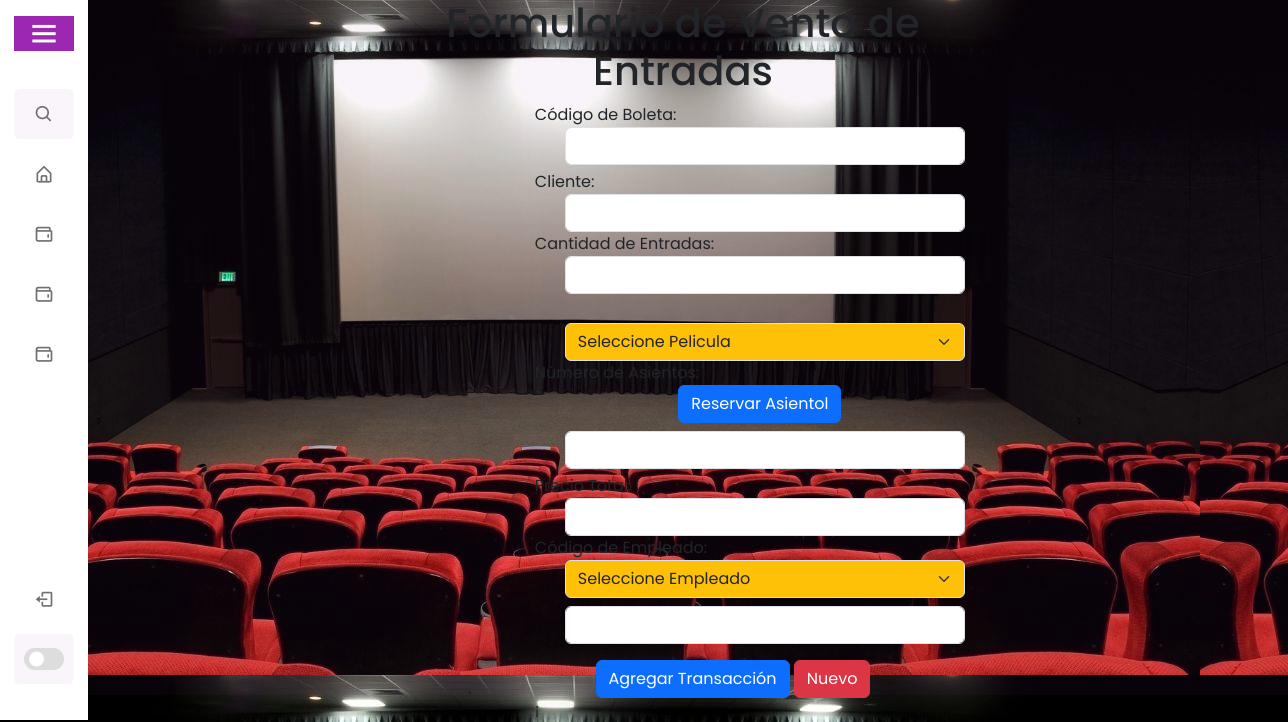
Repository: JersonRLP/ProyectoWebJSP
Page: http://localhost/CineHome/FrmRegistrarBoleta.jsp
The author's editor kept a copy of each file at every save. The page is drawn from the files as they stood at one save, then again after the next save.
The browser window is 1280 px wide. The page is 1288 px wide, so the pictures cover 1288 px, including what lies to the right of the window. The pictures show the whole page.
The page is served by Tomcat 9. Other server files are loaded and not shown. The template is opened directly, without the code that normally fills it, so the values that code supplies are empty.

Above is the page before, as saved 2024-10-31 16:21:46.

### CineHome/WebContent/FrmRegistrarBoleta.jsp
<%@ include file="MenuPrincipal.jsp" %>
<%@ page language="java" contentType="text/html; charset=UTF-8"
    pageEncoding="UTF-8"%>
<%@taglib uri="http://java.sun.com/jsp/jstl/core"  prefix="c"%>
<!DOCTYPE html PUBLIC "-//W3C//DTD HTML 4.01 Transitional//EN" "http://www.w3.org/TR/html4/loose.dtd">
<html>
<head>
<meta http-equiv="Content-Type" content="text/html; charset=UTF-8">
<title>Insert title here</title>
<!-- para bootstrap 5 -->
	<link href="https://cdn.jsdelivr.net/npm/bootstrap@5.3.2/dist/css/bootstrap.min.css" rel="stylesheet">
    <script src="https://cdn.jsdelivr.net/npm/bootstrap@5.3.2/dist/js/bootstrap.bundle.min.js"></script>
    <script src="https://cdn.jsdelivr.net/npm/@popperjs/core@2.11.8/dist/umd/popper.min.js"></script>
    <script src="https://cdn.jsdelivr.net/npm/bootstrap@5.3.2/dist/js/bootstrap.min.js"></script>

    <script src="https://code.jquery.com/jquery-3.7.1.min.js"></script>

</head>

<body >
<section class="home" id="content">
  <div class="container" style ="width:43%; ">
    <h1 class="text-center mt-4">Formulario de Venta de Entradas</h1>
    <form action="ControladorBoleta" method="post" style="margin-left:100px;">
      <div class="row">
        <div class="form-group col-md-6" >
         <label for="codboleta">Código de Boleta:</label>
			<input type="text" class="form-control" id="codboleta" name="codboleta" value="${nuevoCodigoBoleta}" readonly required style="width:400px; margin-left:30px;">

        </div>

        <div class="form-group col-md-6">
          <label for="cliente">Cliente:</label>
          <input type="text" class="form-control" id="cliente" name="cliente" required	style="width:400px; margin-left:30px;">
        </div>
      </div>

      <div class="row">
        <div class="form-group col-md-6">
          <label for="cantentra">Cantidad de Entradas:</label>
          <input type="number" class="form-control" id="cantentra" name="cantentra" readonly required style="width:400px; margin-left:30px;">
        </div>

        <div class="form-group col-md-6 mt-4">

          <select name="idpelicula" class="form-select bg-warning" style="width:400px; margin-left:30px;">
			<option value="zz">Seleccione Pelicula</option>
			<c:forEach var="peli" items="${ListadoPeliculas}">
			<option value='<c:out value="${peli.idpelicula}"></c:out>'>
			<c:out value="${peli.nompelicula}"></c:out></option>
			</c:forEach>

			</select>
			<input type="hidden" name="nombrePelicula" value="">

        </div>
      </div>

      <div class="row">
        <div class="form-group col-md-6">
          <label for="nroasientos">Número de Asientos:</label>
          <div class="text-center" style="width: 450px;"><button type="button" class="btn btn-primary btnModal mb-2"   >Reservar Asientol</button></div>
          <input type="text" class="form-control" id="nroasientos" name="nroasientos" readonly required style="width:400px; margin-left:30px;">
        </div>

        <div class="form-group col-md-6">
          <label for="preciotot">Precio Total:</label>
          <input type="number" class="form-control" id="preciotot" name="preciotot" required style="width:400px; margin-left:30px;">
        </div>
      </div>

      <div class="form-group col-md-6">
        <label for="codigoemp">Código de Empleado:</label>

         <select name="codigoemp" class="form-select bg-warning" id="codigoemp" required style="width:400px; margin-left:30px;">
			<option value="zz">Seleccione Empleado</option>
			<c:forEach var="emp" items="${ListadoEmpleados}">
			<option value='<c:out value="${emp.codigoemp}"></c:out>'>
			<c:out value="${emp.nomemp}"></c:out></option>
			</c:forEach>

			</select>
      </div>
      <div class= "mt-2" style="width :200px;">
      <input type="text" class="form-control" name ="idemp" readonly style="width:400px; margin-left:30px;">
      </div>
	<div class="text-center	">

      <button type="submit" class="btn btn-primary mt-3">Agregar Transacción</button>
      <a href="ControladorPelicula?action=ListadoPelicula" class="btn btn-danger mt-3">Nuevo</a>


    </div>

<div class="modal fade" id="eliminarModal" tabindex="-1" aria-labelledby="eliminarModalLabel" aria-hidden="true">
    <div class="modal-dialog modal-lg">
        <div class="modal-content custom-modal" >
            <div class="modal-header" >
                <link rel="stylesheet" href="Estilos/cine.css">
                <script src="js/cine.js"></script>
                <button type="button" class="btn-close" data-bs-dismiss="modal" aria-label="Close"></button>
            </div>
            <div class="cinema-container" id="cinema-container" >
                <!-- Filas y asientos se generarán dinámicamente aquí -->
            </div>

            <div id="selected-seat-info" class="custom-seat-info"></div>

            <div>
                <button id="reserve-button" onclick="showReservedSeats()" class="custom-reserve-button">Mostrar Asientos Reservados</button>
            </div>
        </div>
    </div>
</div>
<style>
.custom-modal {
    background-image: url('imagenes/fondocine.jpg');
    display: flex;
    align-items: center;
    justify-content: center;
    flex-direction: column;
    height: 100vh;
}

.custom-seat-info {
    margin-top: 20px;
    color: white;
}

.custom-reserve-button {
    margin-top: 20px;
    padding: 10px;
    font-size: 16px;
    cursor: pointer;
}
.seat {
    width: 40px; /* Ajusta el ancho según sea necesario */
    height: 40px; /* Ajusta la altura según sea necesario */
    background-color: #bdc3c7;
    cursor: pointer;
    border-radius: 5px;
    margin: 5px; /* Agregamos un pequeño margen entre los asientos para mejorar la apariencia */
    display: flex;
    align-items: center;
    justify-content: center;
    font-size: 12px; /* Ajusta el tamaño de la letra según sea necesario */
    font-weight: bold;
    transition: background-color 0.3s ease;
}

.row {
    display: flex;
    gap: 5px; /* Reducimos el espacio entre los asientos para mejorar la apariencia */
}

</style>


    <script>
		$(document).ready(function(){
			$('.btnModal').on('click',function(){
				$('#eliminarModal').modal('show');

				//console.log(data);

			})
		});




	</script>


¡
<script>
  function ObtenerCodigoSelect() {
    var select = document.getElementsByName("codigoemp")[0];
    var hiddenInput = document.getElementsByName("idemp")[0];

    var selectedOption = select.options[select.selectedIndex];
    if (selectedOption.value !== "zz") {
      hiddenInput.value = selectedOption.value; // Cambiado a selectedOption.value
    } else {
      hiddenInput.value = "";
    }
  }

  // Asociar el evento "change" del select con la función de actualización
  document.getElementsByName("codigoemp")[0].addEventListener("change", ObtenerCodigoSelect);
</script>



    <script>

function actualizarNombrePelicula() {
  var select = document.getElementsByName("idpelicula")[0];
  var hiddenInput = document.getElementsByName("nombrePelicula")[0];

  var selectedOption = select.options[select.selectedIndex];
  if (selectedOption.value !== "zz") {
    hiddenInput.value = selectedOption.innerText;
  } else {
    hiddenInput.value = "";
  }
}

// Asociar el evento "change" del select con la función de actualización
document.getElementsByName("idpelicula")[0].addEventListener("change", actualizarNombrePelicula);
</script>

    </form>
  </div>
  </section>
</body>
</html>

### CineHome/WebContent/MenuPrincipal.jsp
<%@ page language="java" contentType="text/html; charset=UTF-8"
    pageEncoding="UTF-8"%>
<!DOCTYPE html>
<html>
<head>
<meta http-equiv="Content-Type" content="text/html; charset=ISO-8859-1">
<title>Cine Home</title>

<link rel="stylesheet" href="Estilos/EstilosMenu.css">
<link href='https://unpkg.com/boxicons@2.1.4/css/boxicons.min.css' rel='stylesheet'>

</head>

<body>

<nav class="sidebar close">

<header>

<div class="text logo">

<span class="name">MENU</span>


</div>
<i class="bx bx-menu toggle"></i>


</header>


<div class="menu-bar">

<div class="menu">

	<li class="search-box">
	<i class="bx bx-search icon"></i>
	<input type="text" placeholder="Buscar...">

	</li>

	<ul class="menu-links">
		<li class="nav">
		<a href="ControladorPelicula?action=ListadoPelicula">
			<i class="bx bx-home-alt icon"></i>
			<span class="text nav-text">Venta de Entrada</span>
		</a>
		</li>
		<li >
		<a href="ControladorPelicula?action=Listar" class="nav">
			<i class="bx bx-wallet icon"></i>
			<span class="text nav-text">Peliculas</span>
		</a>
		</li>
		<li>
		<a href="ControladorDetalleBoleta?accion=Listado">
			<i class="bx bx-wallet icon"></i>
			<span class="text nav-text">Reportes</span>
		</a>
		</li>
		<li class="nav">

		<a href="#" id="mantenimiento-link" onclick="toggleSubMenu()">
			<i class="bx bx-wallet icon"></i>
			<span class="text nav-text">Mantenimiento</span>
			<i class='bx bx-chevron-down arrow'></i>
		</a>


		<ul class="sub-menu" id="sub-menu">
		<li class="nav"><a href="ControladorEmpleado?accion=NuevoEmp" class="menu-link">
			<span class="text nav-text">Empleados</span>
		</a>
		</li>
		<li class="nav"><a href="ControladorUsuario?accion=Listado" class="menu-link">
		<span class="text nav-text">Login</span>
		</a>
		</li>
		<li class="nav"><a href="FrmRegistrarPelicula.jsp"  class="menu-link">
		<span class="text nav-text">Peliculas</span>
		</a>
		</li>
		</ul >

		</li>
	</ul>

</div>

<div class="botton-content">
<li class="">
<a href="#">
	<i class="bx bx-log-out icon"></i>
	<span class="text nav-text">Salir</span>
</a>
</li>

<li class="mode">
	<div class="sun-moon">
	<i class="bx bx-moon icon"></i>
	<i class="bx bx-sun icon"></i>
	</div>
	<span class="mode-text text">Modo Oscuro</span>
	<div class="toggle-switch">
	<span class="switch"></span>
	</div>
</li>

</div>


</div>



</nav>

<script src="js/codigo.js"></script>


</body>

</html>

### CineHome/WebContent/Estilos/EstilosMenu.css
@import url('https://fonts.googleapis.com/css2?family=Poppins:wght@300;400;500;600;700&display=swap');
*{
	margin:0;
	padding:0;
	box-sizing: border-box;

	font-family: 'Poppins', sans-serif;

}

:root{
	--body-color:#9B27B00D;
	--sidebar-color:#FFFFFF;
	--primary-color:#9C27B0;
	--primary-color-light:#9B27B00D;
	--toggle-color:#DDDDDD;
	--text-color:#707070;

	--tran-03:all 0.2s ease;
	--tran-04:all 0.3s ease;
	--tran-05:all 0.4s ease;
}

body{
	min-height:100vh;
	background-color:var(--body-color);
	transition:var(--tran-05);

}

::selection{
	background-color:var(--primary-color);
	color: #FFFFFF;
}
body.dark{
	--body-color:#18191A;
	--sidebar-color:#242526;
	--primary-color-light:#3A3B3C;
	--toggle-color:#FFFFFF;
	--text-color:#CCCCCC;

}

.sidebar {
	position: fixed;
	top:0;
	left:0;
	height:100%;
	width: 250px;
	padding: 10px 14px;
	background:var(--sidebar-color);
	transition:var(--tran-05);
	z-index:100;
}

.sidebar.close{
	width:88px;
}

.sidebar li{
	height:50px;
	list-style: none;
	display: flex;
	align-items:center;
	margin-top:10px;

}


.sidebar header .image,
.sidebar .icon{
	min-width:60px;
	border-radius:6px;

}

.sidebar .icon{
	min-width:60px;
	border-radius:6px;
	height:100%;
	display:flex;
	align-items:center;
	justify-content:center;
	font-size:20px;
}

.sidebar .text,
.sidebar .icon {
	color: var(--text-color);
	transition:var(--tran-03);
}

.sidebar .text{
	font-size:17px;
	font-weight: 500;
	white-space:nowrap;
	opacity: 1;

}

.sidebar.close .text{
	opacity:0;
}

.sidebar header{
	position: relative;
}

.sidebar header .logo{
	display:flex;
	flex-direction:column;


}
.name{
	margin-top: 2px;
	font-size: 18px;
	font-weight:600;

}
.sidebar header .image {
	display:flex;
	align-items:center;
	justify-content: center;
}
.sidebar header .image img{
	width:40px;
	border-radius:6px;
}

.sidebar header .toggle{
	position : absolute;
	top: 20%;
	right: 0px;
	height: 35px;
	width :35px;
	background-color: var(--primary-color);
	color : var(--sidebar-color);
	display:flex;
	align-items:center;
	justify-content:center;
	font-size:35px;
	cursor:pointer;
	transition: var(--tran-05);

}

body.dark .sidebar header .toggle{
	color: var(--text-color);

}

.sidebar.close .toggle{
	width:100%;
	top:20%;

}

.sidebar .menu{
	margin-top:40px;
}

.sidebar li.search-box{
	border-radius:6px;
	background-color:var(--primary-color-light);
	cursor:pointer;
	transition:var(--tran-05);
}

sidebar li.search-box input{
	height:100%;
	width:100%;
	outline:none;
	border:none;
	background-color:var(--primary-color-light);
	color:var(--text-color);
	border-radius:6px;
	font-size:17px;
	font-weight:500;
	transition:var(--tran-05);
}

.sidebar li a{
	list-style:none;
	height:100%;
	background-color:transparent;
	display:flex;
	align-items: center;
	height:100%;
	width: 100%;
	border-radius:6px;
	text-decoration:none;
	transition:  var(--tran-03);
}

.sidebar li a:hover{
	background-color:var(--primary-color);
}

.sidebar li a:hover .icon,
.sidebar li a:hover .text{
	color: var(--sidebar-color);
}

body.dark .sidebar li a:hover .icon,
body.dark .sidebar li a:hover .text{
	color: var(--text-color);
}


.sidebar .menu-bar{
	height:calc(100% - 55px);
	display:flex;
	flex-direction: column;
	justify-content:space-between;
	overflow-y:scroll;

}

.menu-bar::-webkit-scrollbar{
	display:none;
}

.sidebar .menu-bar .mode{
	border-radius:6px;
	background-color:var(--primary-color-light);
	position:relative;
	transition:var(--tran-05);

}

.menu-bar .mode .sun-moon{
	height:50px;
	width:60px;

}


.mode .sun-moon i {
	position:absolite;
}
.mode .sun-moon i.sun{
	opacity:0;

}

body.dark .mode .sun-moon i.sun{
	opacity:1;
}

body.dark .mode .sun-moon i.moon{
	opacity:0;
}

.menu-bar .botton-content .toggle-switch{
	position:absolute;
	right:0;
	height: 100%;
	min-width:60px;
	display:flex;
	align-items:center;
	justify-content:center;
	border-radius:6px;
	cursor:pointer;
}

.toggle-switch .switch{
	position: relative;
	height:22px;
	width:40px;
	border-radius:25px;
	background-color:var(--toggle-color);
	transition:var(--tran-05);

}

.switch::before{
	content:'';
	position:absolute;
	height:15px;
	width:15px;
	border-radius: 50%;
	top:50%;
	left:5px;
	transform: translateY(-50%);
	background-color:var(--sidebar-color);
	transition:var(--tran-04);
}

body.dark .switch::before{
	left:20px;

}

.home{
	position: absolute;
	margin-bottom: 50px;
	left: 250px;
	height: 100vh;
	width: calc(100% - 250px);
	background-color: var(--body-color);
	transition:var(--tran-05);
}
.home .text{
	font-size: 30px;
	font-weight:500;
	color:var(--text-color);
	padding:12px 60px;
}

.sidebar.close ~.home{
	left:78px;
	height: 100vh;
	width: calc(100% - 70px);
}

body.dark .home .text{
	color:var(--text-color);
}




.menu-links {
  list-style: none;
  padding: 0;
  margin: 0;
}

.nav {
  position: relative;
}

.sub-menu {
  display: none;
  list-style: none;
  padding: 0;
  margin: 0;
  position: absolute;
  top: 100%;
  left: 0;
  padding: 10px;
  border-radius: 4px;
  box-shadow: 0 2px 5px rgba(0, 0, 0, 0.2);
  z-index: 1;
  opacity: 0;
  transition: opacity 0.3s ease, height 0.3s ease; /* Agregado */
  height: 0; /* Agregado */
  overflow: hidden; /* Agregado */
}

.sub-menu.show {
  display: block;
  opacity: 1;
  height: auto;


}

.sub-menu.show li{

	height:auto;
	width:200px;
	line-height: 40px;

}



.sub-menu li {
  position: relative;
  list-style: none;
  transition: all 0.4s ease;


}

.sub-menu a {
  display: block;
  padding: 5px 10px;
  text-decoration: none;

}

.nav:hover .sub-menu {
  display: block;
}

### CineHome/WebContent/js/codigo.js

const body = document.querySelector('body'),
	  sidebar = body.querySelector('nav'),
	  toggle= body.querySelector(".toggle"),
	  searchBtn = body.querySelector(".search-box"),
	  modeSwitch = body.querySelector(".toggle-switch"),
	  modeText = body.querySelector(".mode-text");

// para listar el sub-menu
const mantenimientoLink = document.getElementById('mantenimiento-link');
const subMenu = document.querySelector('.sub-menu');




function toggleSubMenu() {
	  var subMenu = document.getElementById("sub-menu");
	  subMenu.classList.toggle("show");
	}




toggle.addEventListener("click",() =>{
	sidebar.classList.toggle("close");
});


searchBtn.addEventListener("click", () => {
	sidebar.classList.remove("close");
});

modeSwitch.addEventListener("click", () => {
	body.classList.toggle("dark");
	if(body.classList.contains("dark")){
		modeText.innerText = "Light mode"
	}else{
		modeText.innerText="Dark mode"
	}
});

### CineHome/WebContent/Estilos/cine.css
   body {
            font-family: Arial, sans-serif;
             background-image: url('imagenes/fondocine.jpg');
            margin: 0;
            padding: 20px;
            display: flex;
            align-items: center;
            justify-content: center;
            flex-direction: column;
            height: 100vh;
        }

        .cinema-container {
            display: flex;
            flex-direction: column;
            gap: 20px;
            max-width: 600px;
        }

        .row {
            display: flex;
            gap: 10px;
        }

        .seat {
            width: 40px;
            height: 40px;
            background-color: #bdc3c7;
            cursor: pointer;
            border-radius: 5px;
            display: flex;
            align-items: center;
            justify-content: center;
            font-size: 14px;
            font-weight: bold;
            transition: background-color 0.3s ease;
        }

        .seat.selected {
            background-color: #3498db;
        }

        #selected-seat-info {
            margin-top: 20px;
        }

        #reserve-button {
            margin-top: 20px;
            padding: 10px;
            font-size: 16px;
            cursor: pointer;
        }

### CineHome/WebContent/js/cine.js
// Función para crear un asiento
function createSeat(row, seatNumber) {
    const seat = document.createElement("div");
    seat.classList.add("seat");
    seat.dataset.row = row;
    seat.dataset.seatNumber = seatNumber;

    const seatLetter = String.fromCharCode(65 + row); // Convertir el número de fila a letra (A, B, C, ...)
    seat.textContent = `${seatLetter}${seatNumber}`; // Sin espacio entre la letra y el número

    seat.addEventListener("click", () => toggleSeat(seat));

    return seat;
}

// Función para inicializar el cine
function initializeCinema() {
    const rows = 6; // Número de filas
    const seatsPerRow = 10; // Número de asientos por fila

    const cinemaContainer = document.getElementById("cinema-container");

    for (let i = 0; i < rows; i++) {
        const rowContainer = document.createElement("div");
        rowContainer.classList.add("row");

        for (let j = 1; j <= seatsPerRow; j++) {
            const seat = createSeat(i, j);
            rowContainer.appendChild(seat);
        }

        cinemaContainer.appendChild(rowContainer);
    }
}

const selectedSeats = [];

//Función para alternar el estado del asiento (seleccionado o no)
function toggleSeat(seat) {
 seat.classList.toggle("selected");

 const selectedSeatInfo = document.getElementById("selected-seat-info");
 const row = seat.dataset.row;
 const seatNumber = seat.dataset.seatNumber;
 const seatInfo = `${String.fromCharCode(65 + parseInt(row))} - ${seatNumber}`;

 if (seat.classList.contains("selected")) {
     selectedSeats.push(seatInfo);
 } else {
     const index = selectedSeats.indexOf(seatInfo);
     if (index !== -1) {
         selectedSeats.splice(index, 1);
     }
 }

 // Asignar el texto, cambiar el color y agregar un borde
 selectedSeatInfo.textContent = `Has seleccionado ${selectedSeats.length} asientos:\n${selectedSeats.join(", ")}`;
 selectedSeatInfo.style.color = "white";
 selectedSeatInfo.style.border = "2px solid red";  // Puedes ajustar el ancho y el color del borde según tus preferencias

 // Actualizar el valor del input cantentra con la cantidad de asientos seleccionados
 updateCantentraInput(selectedSeats.length);
}

//Función para mostrar los asientos reservados
function showReservedSeats() {
 const reservedSeats = selectedSeats.join(", ");
 document.getElementById("nroasientos").value = reservedSeats;
 alert(`Has seleccionado ${selectedSeats.length} asientos:\n${reservedSeats}`);
}

//Función para actualizar el valor del input cantentra
function updateCantentraInput(selectedSeatsCount) {
 document.getElementById("cantentra").value = selectedSeatsCount;
}

//Inicializar el cine cuando la página se carga
document.addEventListener("DOMContentLoaded", initializeCinema);

After the next save:
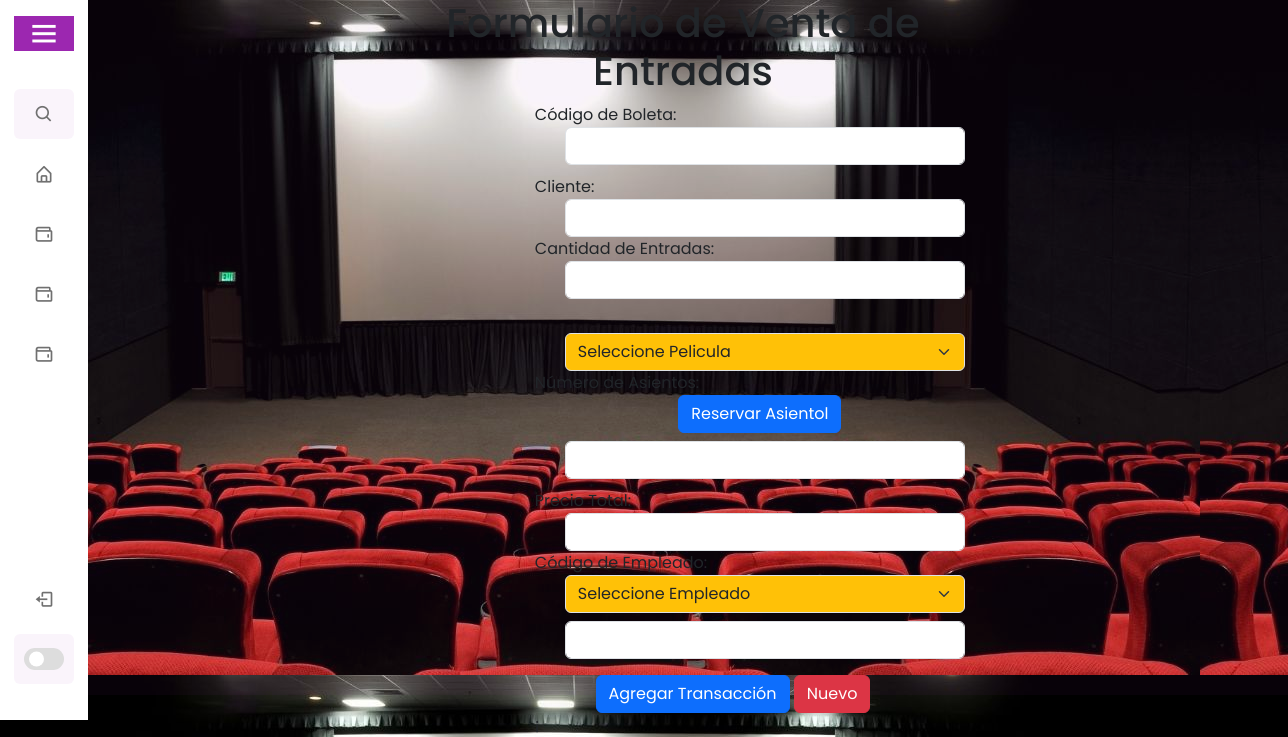
Saved 11 s later.
--- a/CineHome/WebContent/FrmRegistrarBoleta.jsp
+++ b/CineHome/WebContent/FrmRegistrarBoleta.jsp
@@ -112,49 +112,6 @@
         </div>
     </div>
 </div>
-<style>
-.custom-modal {
-    background-image: url('imagenes/fondocine.jpg');
-    display: flex;
-    align-items: center;
-    justify-content: center;
-    flex-direction: column;
-    height: 100vh;
-}
-
-.custom-seat-info {
-    margin-top: 20px;
-    color: white;
-}
-
-.custom-reserve-button {
-    margin-top: 20px;
-    padding: 10px;
-    font-size: 16px;
-    cursor: pointer;
-}
-.seat {
-    width: 40px; /* Ajusta el ancho según sea necesario */
-    height: 40px; /* Ajusta la altura según sea necesario */
-    background-color: #bdc3c7;
-    cursor: pointer;
-    border-radius: 5px;
-    margin: 5px; /* Agregamos un pequeño margen entre los asientos para mejorar la apariencia */
-    display: flex;
-    align-items: center;
-    justify-content: center;
-    font-size: 12px; /* Ajusta el tamaño de la letra según sea necesario */
-    font-weight: bold;
-    transition: background-color 0.3s ease;
-}
-
-.row {
-    display: flex;
-    gap: 5px; /* Reducimos el espacio entre los asientos para mejorar la apariencia */
-}
-
-</style>
-
 
     <script>
 		$(document).ready(function(){
